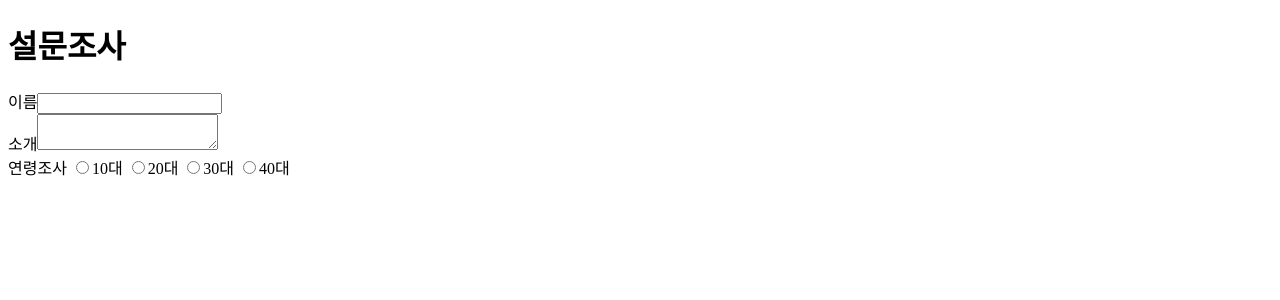
Repository: ryu1917/jsp
Page: http://localhost/jsp02/quiz/view.jsp
An editor plug-in stored every save of this project. The page is shown before and after the next save, followed by the edit.
The browser window is 1280 px wide. The pictures show the whole page.
The page is served by Tomcat 9.

Above is the page before, as saved 2021-04-21 10:33:24.

After the next save:
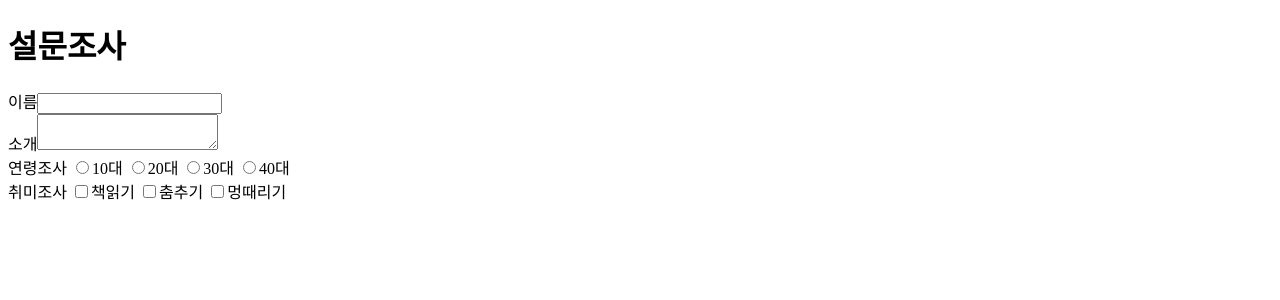
Saved 3 min 40 s later.
--- a/workspace/jsp02/src/main/webapp/quiz/view.jsp
+++ b/workspace/jsp02/src/main/webapp/quiz/view.jsp
@@ -15,7 +15,11 @@
 <input type="radio"name="age"value="10대">10대
 <input type="radio"name="age"value="20대">20대
 <input type="radio"name="age"value="30대">30대
-<input type="radio"name="age"value="40대">40대
+<input type="radio"name="age"value="40대">40대<br>
+취미조사
+<input type="checkbox"name="age"value="책읽기">책읽기
+<input type="checkbox"name="age"value="춤추기">춤추기
+<input type="checkbox"name="age"value="멍때리기">멍때리기
 </form>
 </body>
 </html>
